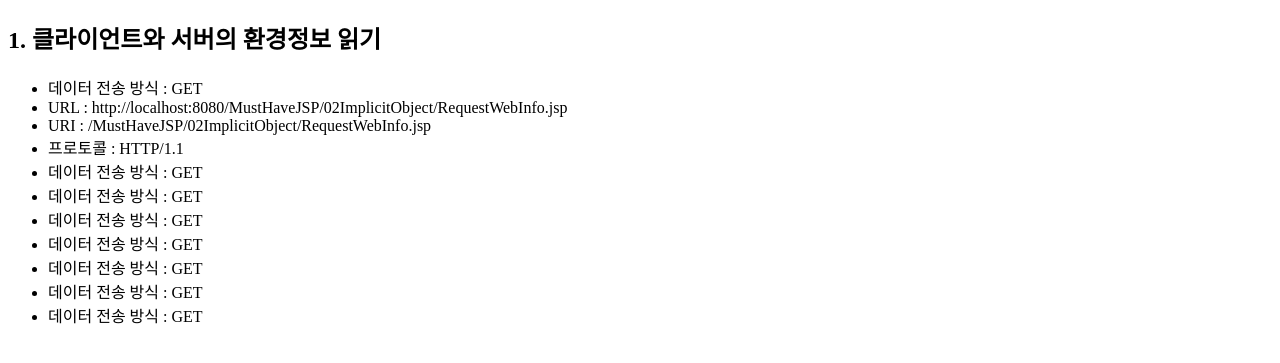
Repository: iamstudybox00/JSP_Servlet
Page: http://localhost/MustHaveJSP/02ImplicitObject/RequestWebInfo.jsp
The author's editor kept a copy of each file at every save. The page is drawn from the files as they stood at one save, then again after the next save.
The browser window is 1280 px wide. The pictures show the whole page.
The page is served by Tomcat 10. Other server files are loaded and not shown.

Above is the page before, as saved 2025-05-02 05:59:58.

### MustHaveJSP/src/main/webapp/02ImplicitObject/RequestWebInfo.jsp
<%@ page language="java" contentType="text/html; charset=UTF-8"
    pageEncoding="UTF-8"%>
<!DOCTYPE html>
<html>
	<head>
	<title>내장 객체 - request</title>
	</head>
	<body>
		<h2>1. 클라이언트와 서버의 환경정보 읽기</h2>
		<ul>
			<li>데이터 전송 방식 : <%= request.getMethod() %></li>
			<li>URL : <%= request.getRequestURL() %></li>
			<li>URI : <%= request.getRequestURI() %></li>
			<li>프로토콜 : <%= request.getProtocol() %></li>
			<li>데이터 전송 방식 : <%= request.getMethod() %></li>
			<li>데이터 전송 방식 : <%= request.getMethod() %></li>
			<li>데이터 전송 방식 : <%= request.getMethod() %></li>
			<li>데이터 전송 방식 : <%= request.getMethod() %></li>
			<li>데이터 전송 방식 : <%= request.getMethod() %></li>
			<li>데이터 전송 방식 : <%= request.getMethod() %></li>
			<li>데이터 전송 방식 : <%= request.getMethod() %></li>
		</ul>
	</body>
</html>

After the next save:
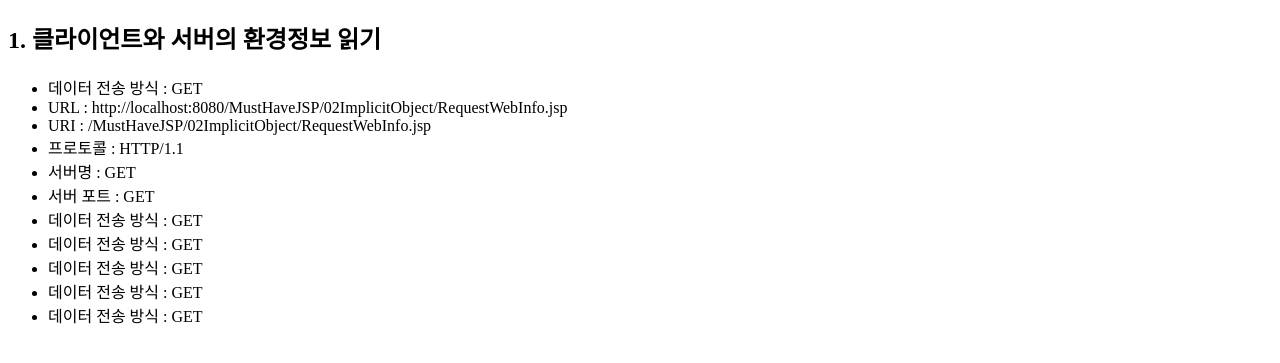
Saved 11 s later.
--- a/MustHaveJSP/src/main/webapp/02ImplicitObject/RequestWebInfo.jsp
+++ b/MustHaveJSP/src/main/webapp/02ImplicitObject/RequestWebInfo.jsp
@@ -12,8 +12,8 @@
 			<li>URL : <%= request.getRequestURL() %></li>
 			<li>URI : <%= request.getRequestURI() %></li>
 			<li>프로토콜 : <%= request.getProtocol() %></li>
-			<li>데이터 전송 방식 : <%= request.getMethod() %></li>
-			<li>데이터 전송 방식 : <%= request.getMethod() %></li>
+			<li>서버명 : <%= request.getMethod() %></li>
+			<li>서버 포트 : <%= request.getMethod() %></li>
 			<li>데이터 전송 방식 : <%= request.getMethod() %></li>
 			<li>데이터 전송 방식 : <%= request.getMethod() %></li>
 			<li>데이터 전송 방식 : <%= request.getMethod() %></li>
